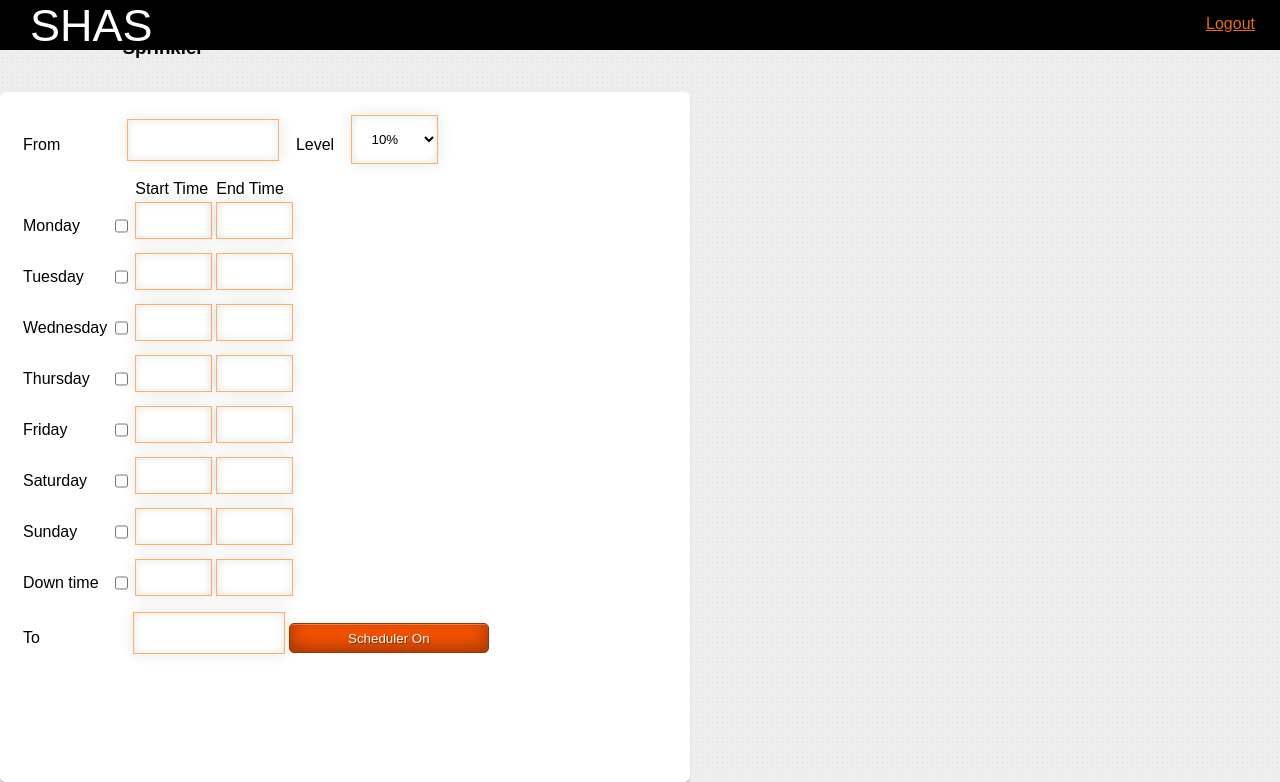
Repository: hassan-stash/shas
Page: http://localhost/SHAS/SprinklerGUI.jsp
These files come from the project's save history. The page is drawn as it stood at one moment and after the next save; the edit follows.
The browser window is 1280 px wide. The pictures show the whole page.
The page is served by Tomcat 9. The template is opened directly, without the code that normally fills it, so the values that code supplies are empty.

Above is the page before, as saved 2013-04-06 23:38:59.
Console error: ReferenceError: initMenu is not defined

After the next save:
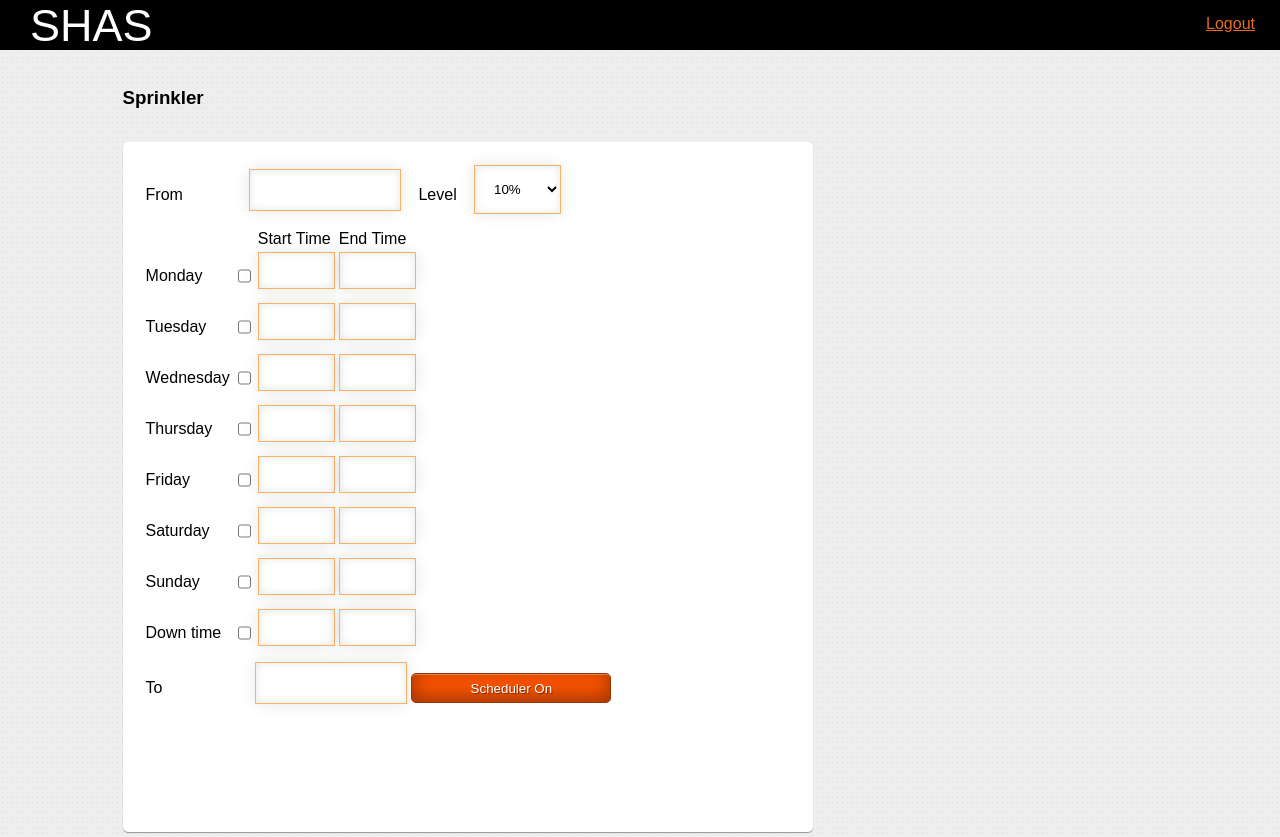
Saved 21 s later.
--- a/SHAS/WebContent/SprinklerGUI.jsp
+++ b/SHAS/WebContent/SprinklerGUI.jsp
@@ -193,7 +193,11 @@
 <div id="logo">SHAS</div>
 <div id="logout"><a href="LogoutPage.jsp">Logout</a></div>
 <!-- end of logout div -->
-
+</div>
+<!-- end of welcomeName --></div>
+<!-- end of header -->
+<aside>
+<nav>
 <form name="sprinklerform" action="SprinklerServlet" method="post"><br>
 
 <%
